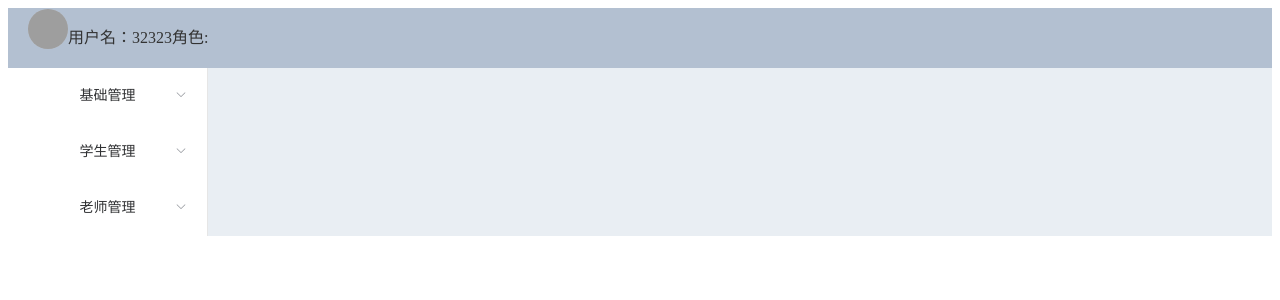
Repository: lwm9704/school-front
Page: /#/home
An editor plug-in stored every save of this project. The page is shown before and after the next save, followed by the edit.
The browser window is 1280 px wide. The pictures show the whole page.
Pictures or frames that could not be fetched are drawn as grey boxes. The project was rebuilt for these pictures with package versions that can differ from the ones it lists, and the page was loaded fresh each time. Also part of the build but not shown: src/view/login.vue.

Above is the page before, as saved 2021-11-15 15:37:27.

After the next save:
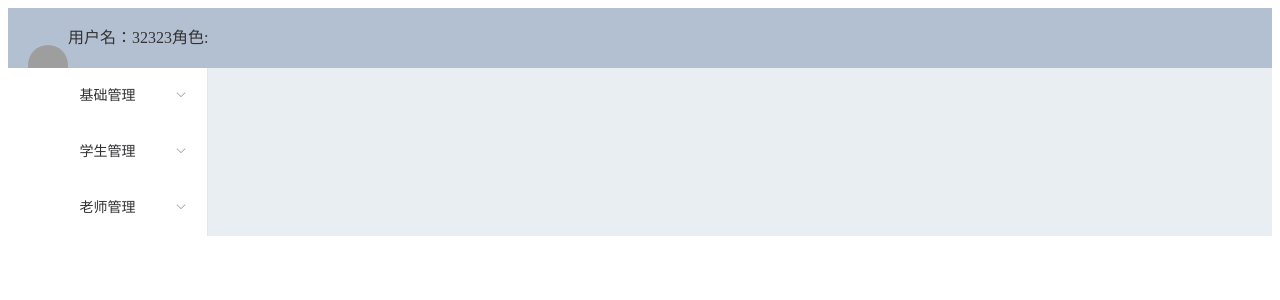
Saved 13 s later.
--- a/src/components/myHeader.vue
+++ b/src/components/myHeader.vue
@@ -39,7 +39,7 @@ export default {
     display: flex;
     flex-direction: row;
     .avatar{
-      padding-top: 1px;
+      padding-top: 3%;
     }
 }
 </style>
